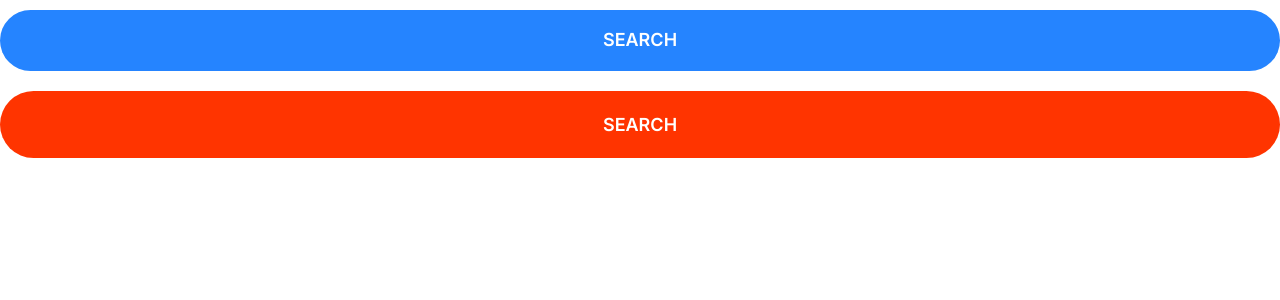
Repository: Qiwenweiii/CodeWithMosh
Page: index.html
An editor plug-in stored every save of this project. The page is shown before and after the next save, followed by the edit.
The browser window is 1280 px wide. The pictures show the whole page.

Above is the page before, as saved 2021-11-11 20:56:50.

After the next save:
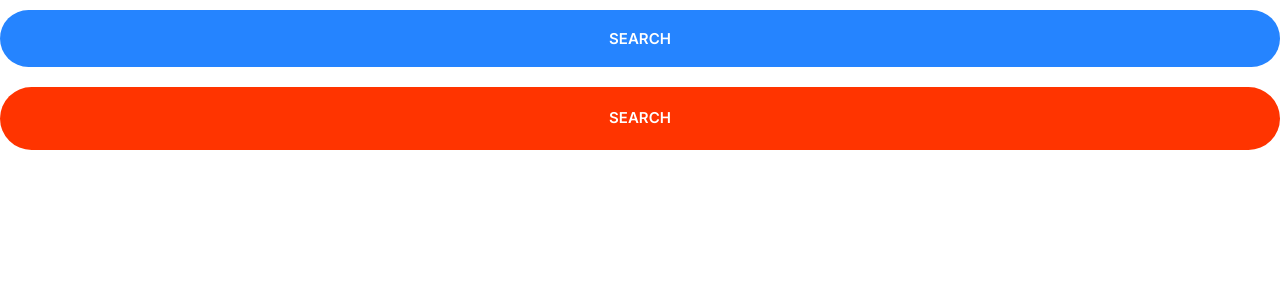
Saved 87 s later.
--- a/styles/styles.css
+++ b/styles/styles.css
@@ -249,6 +249,12 @@ a {
     display: inline-block;
 }
 
+@media screen and (min-width: 1024px) {
+    .btn {
+        font-size: 1.5rem;
+    }
+}
+
 
 /* 输入框组件 */
 
